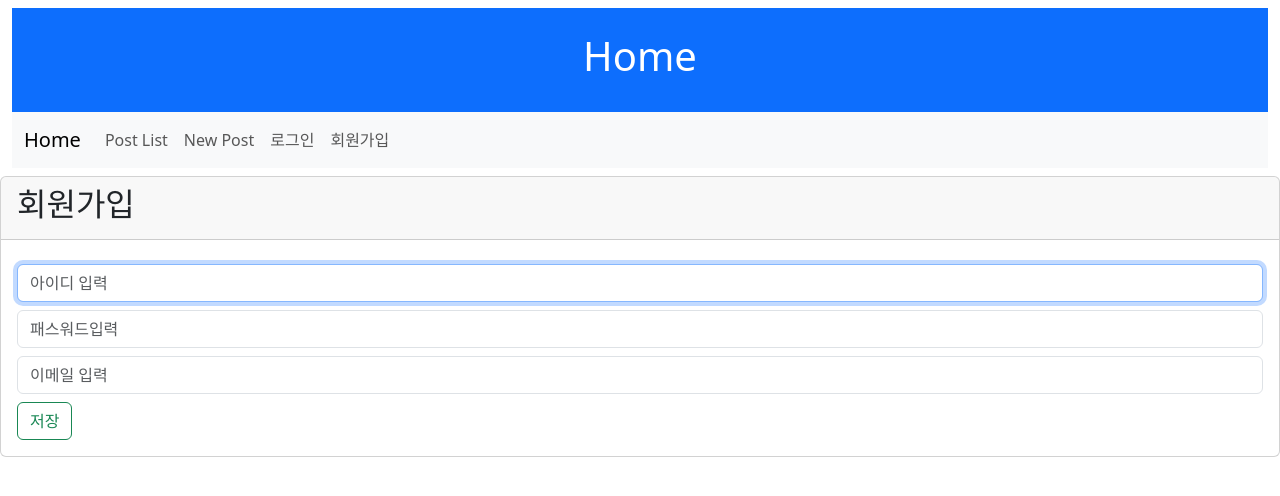
Repository: ldj0905/javaproject
Page: http://localhost/lab05_jsp/
The author's editor kept a copy of each file at every save. The page is drawn from the files as they stood at one save, then again after the next save.
The browser window is 1280 px wide. The pictures show the whole page.
The page is served by Tomcat 10. Other server files are loaded and not shown.

Above is the page before, as saved 2024-05-30 07:42:58.

### lab05_jsp/src/main/webapp/WEB-INF/views/home.jsp
<%@ page language="java" contentType="text/html; charset=UTF-8"
    pageEncoding="UTF-8" trimDirectiveWhitespaces="true"%>
<%@ taglib prefix="c" uri="jakarta.tags.core"%>
<!DOCTYPE html>
<html>
<head>
<meta charset="UTF-8" />
<meta name="viewport" content="width=device-width, initial-scale=1" />
<title>Lab 5</title>
<link
    href="https://cdn.jsdelivr.net/npm/bootstrap@5.3.3/dist/css/bootstrap.min.css"
    rel="stylesheet"
    integrity="sha384-QWTKZyjpPEjISv5WaRU9OFeRpok6YctnYmDr5pNlyT2bRjXh0JMhjY6hW+ALEwIH"
    crossorigin="anonymous" />
</head>
<body>
    <div class="container-fluid">
        <c:set var="pageTitle" value="Home" scope="page" />
        <%-- pageContext.setAttribute("pageTitle", "Home"); --%>
        <%@ include file="./fragments/header.jspf"%>
    </div>
    <main>
        <div class = "mt-2 card">
            <div class = "card-header">
                <h2>회원가입</h2>
            </div>
            <div class="card-body">
                <c:url var = "newPostPage" value="/user/home" />
                <form method="post" action ="${newPostPage}"> <!-- 왜 포스트 방식으로보냄 -->
                    <div class="mt-2">
                        <input class="form-control"
                        type ="text" name="userid" placeholder="아이디 입력"
                            required autofocus /> <!--autofocus가 뭐하는거임 -->
                    </div>
                    <div class = "mt-2">
                        <input class="form-control" type = "text"
                        name="password" placeholder="패스워드입력" required></input>
                    </div>
                    <div class = "mt-2">
                        <input class="form-control"  type="text" name="email" placeholder="이메일 입력" required/>
                    </div>
                    <div class = "mt-2">
                        <input class="btn btn-outline-success"  type = "submit" value="저장"/>
                    </div>
                    </form>
            </div>
        </div>
    </main>

    <script
        src="https://cdn.jsdelivr.net/npm/bootstrap@5.3.3/dist/js/bootstrap.bundle.min.js"
        integrity="sha384-YvpcrYf0tY3lHB60NNkmXc5s9fDVZLESaAA55NDzOxhy9GkcIdslK1eN7N6jIeHz"
        crossorigin="anonymous"></script>
</body>
</html>

### lab05_jsp/src/main/webapp/WEB-INF/views/fragments/header.jspf
<%@ page language="java" contentType="text/html; charset=UTF-8"
    pageEncoding="UTF-8" trimDirectiveWhitespaces="true"%>
<%@ taglib prefix="c" uri="jakarta.tags.core" %>

<header class="mt-2 p-4 bg-primary text-white text-center">
    <h1>${pageTitle}</h1>
</header>

<nav class="navbar navbar-expand-lg bg-body-tertiary">
    <div class="container-fluid">
        <c:url var="homePage" value="/" />
        <a class="navbar-brand" href="${homePage}">Home</a>
        <button class="navbar-toggler" type="button"
            data-bs-toggle="collapse" data-bs-target="#navbarNav"
            aria-controls="navbarNav" aria-expanded="false"
            aria-label="Toggle navigation">
            <span class="navbar-toggler-icon"></span>
        </button>
        <div class="collapse navbar-collapse" id="navbarNav">
            <ul class="navbar-nav">
                <li class="nav-item">
                    <c:url var="postListPage" value="/post/list" />
                    <a class="nav-link" href="${postListPage}">Post List</a>
                </li>
                <li class="nav-item">
                    <c:url var="newPostPage" value="/post/create" />
                    <a class="nav-link" href="${newPostPage}">New Post</a>
                </li>
                <li class="nav-item">
                <!-- TODO: 로그인 url 작성 해서 #에 넣기-->
                    <a class="nav-link" href="#">로그인</a>
                </li>
                <!-- TODO: 회원가입 url 작성 해서 #에 넣기-->
                <li class="nav-item">
                    <a class="nav-link" href="/user/home">회원가입</a>
                </li>

            </ul>
        </div>
    </div>
</nav>

### lab05_jsp/src/main/java/com/itwill/lab05/web/FrontController.java
package com.itwill.lab05.web;

import jakarta.servlet.ServletException;
import jakarta.servlet.annotation.WebServlet;
import jakarta.servlet.http.HttpServlet;
import jakarta.servlet.http.HttpServletRequest;
import jakarta.servlet.http.HttpServletResponse;
import java.io.IOException;
import java.util.List;

import org.slf4j.Logger;
import org.slf4j.LoggerFactory;

import com.itwill.lab05.repository.Post;
import com.itwill.lab05.service.PostService;

/**
 * Servlet implementation class FrontServlet
 */
@WebServlet(name = "frontController", urlPatterns = {""})
//context root(http://localhost:8080/labo5)로 들어오는 요청을 처리하는 서블릿!
public class FrontController extends HttpServlet {
	private static final long serialVersionUID = 1L;
	private static final Logger log = LoggerFactory.getLogger(FrontController.class);
	/**
	 * @see HttpServlet#doGet(HttpServletRequest request, HttpServletResponse response)
	 */
	protected void doGet(HttpServletRequest request, HttpServletResponse response) throws ServletException, IOException {
		System.out.println("FrontController#doGet");
		log.debug("doGet");
		// DB posts 테이블에서 전체 검색을 하고, 그 결과를 뷰에 전달.
		//List<Post> list = PostService.read();

		request.getRequestDispatcher("WEB-INF/views/home.jsp").forward(request, response);
	}



}

After the next save:
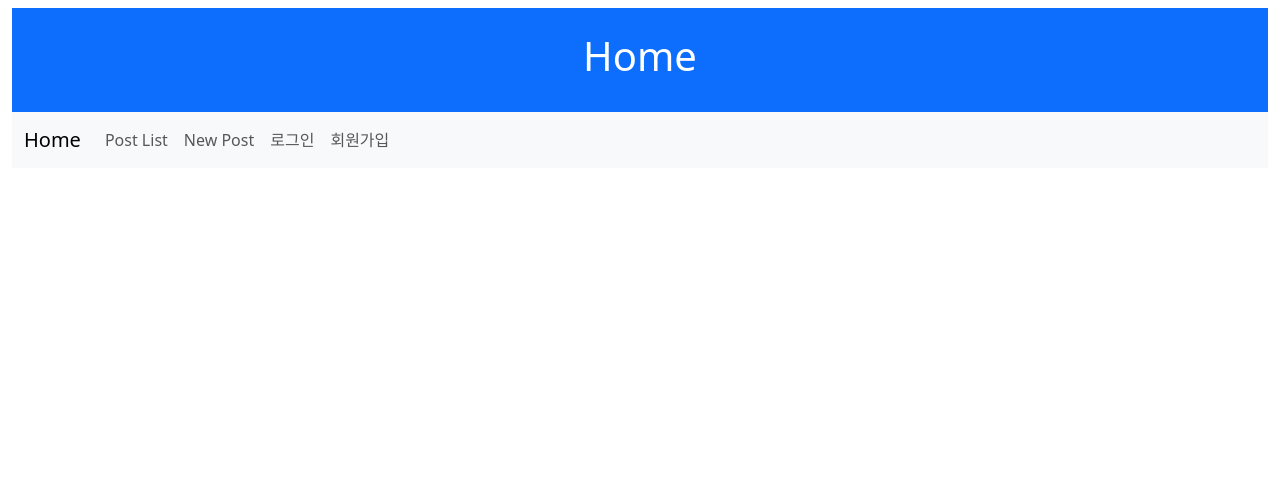
Saved 59 s later.
--- a/lab05_jsp/src/main/webapp/WEB-INF/views/home.jsp
+++ b/lab05_jsp/src/main/webapp/WEB-INF/views/home.jsp
@@ -19,34 +19,6 @@
         <%-- pageContext.setAttribute("pageTitle", "Home"); --%>
         <%@ include file="./fragments/header.jspf"%>
     </div>
-    <main>
-        <div class = "mt-2 card">
-            <div class = "card-header">
-                <h2>회원가입</h2>
-            </div>
-            <div class="card-body">
-                <c:url var = "newPostPage" value="/user/home" />
-                <form method="post" action ="${newPostPage}"> <!-- 왜 포스트 방식으로보냄 -->
-                    <div class="mt-2">
-                        <input class="form-control"
-                        type ="text" name="userid" placeholder="아이디 입력"
-                            required autofocus /> <!--autofocus가 뭐하는거임 -->
-                    </div>
-                    <div class = "mt-2">
-                        <input class="form-control" type = "text"
-                        name="password" placeholder="패스워드입력" required></input>
-                    </div>
-                    <div class = "mt-2">
-                        <input class="form-control"  type="text" name="email" placeholder="이메일 입력" required/>
-                    </div>
-                    <div class = "mt-2">
-                        <input class="btn btn-outline-success"  type = "submit" value="저장"/>
-                    </div>
-                    </form>
-            </div>
-        </div>
-    </main>
-
     <script
         src="https://cdn.jsdelivr.net/npm/bootstrap@5.3.3/dist/js/bootstrap.bundle.min.js"
         integrity="sha384-YvpcrYf0tY3lHB60NNkmXc5s9fDVZLESaAA55NDzOxhy9GkcIdslK1eN7N6jIeHz"
